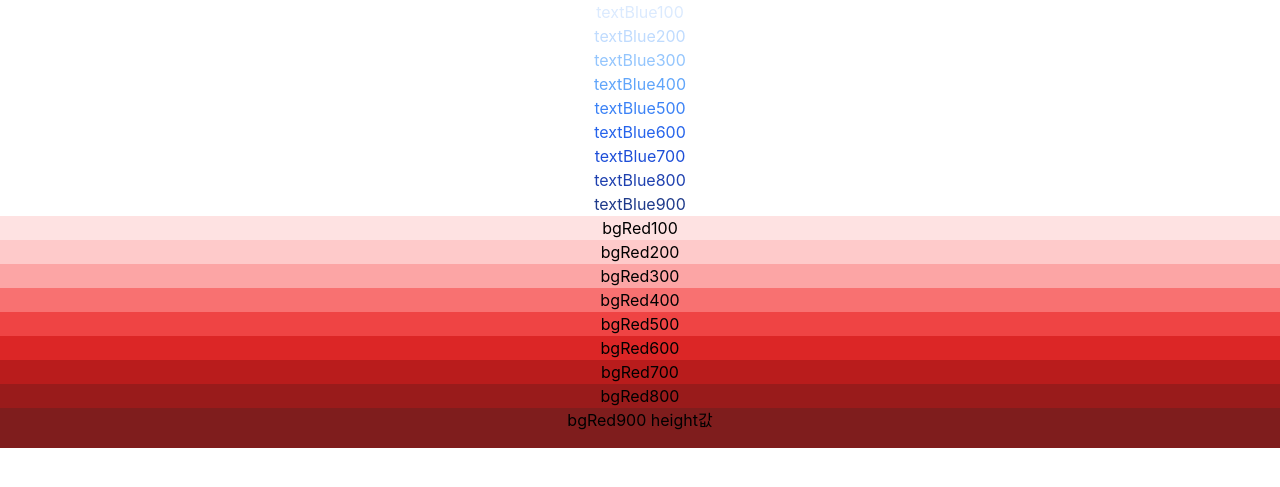
Repository: wogml3270/react-test-server
Page: /
The author's editor kept a copy of each file at every save. The page is drawn from the files as they stood at one save, then again after the next save.
The browser window is 1280 px wide. The pictures show the whole page.
The project was rebuilt for these pictures with package versions that can differ from the ones it lists, and the page was loaded fresh each time. Also part of the build but not shown: src/App.css.

Above is the page before, as saved 2022-08-04 20:31:51.

After the next save:
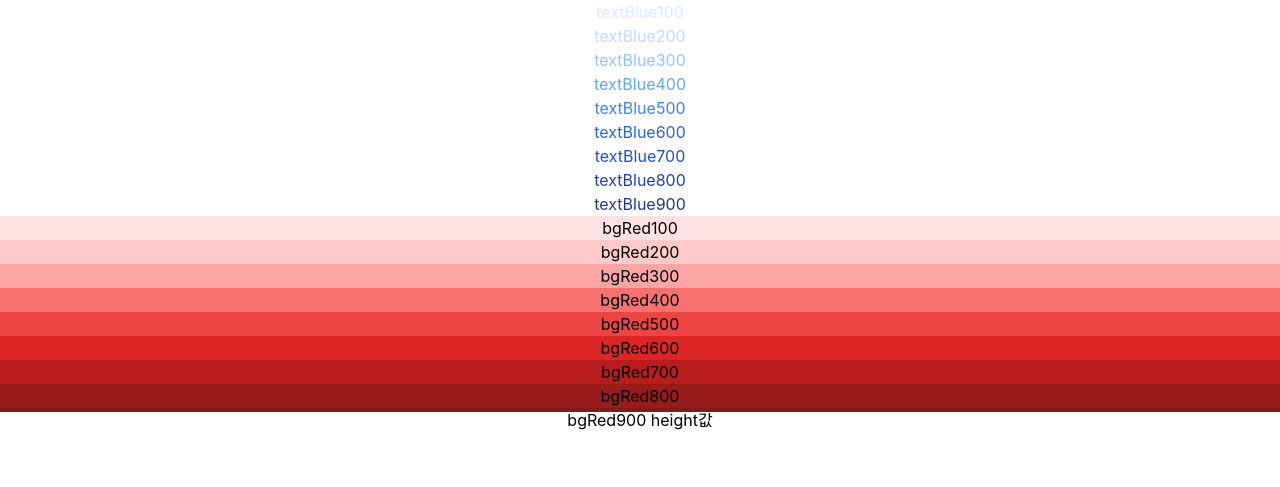
Saved 24 s later.
--- a/src/App.js
+++ b/src/App.js
@@ -23,7 +23,7 @@ function App() {
         <h1 className="bg-red-600">bgRed600</h1>
         <h1 className="bg-red-700">bgRed700</h1>
         <h1 className="bg-red-800">bgRed800</h1>
-        <h1 className="bg-red-900 h-10">bgRed900 height값 </h1>
+        <h1 className="bg-red-900 h-1">bgRed900 height값 </h1>
       </div>
     </>
   );
